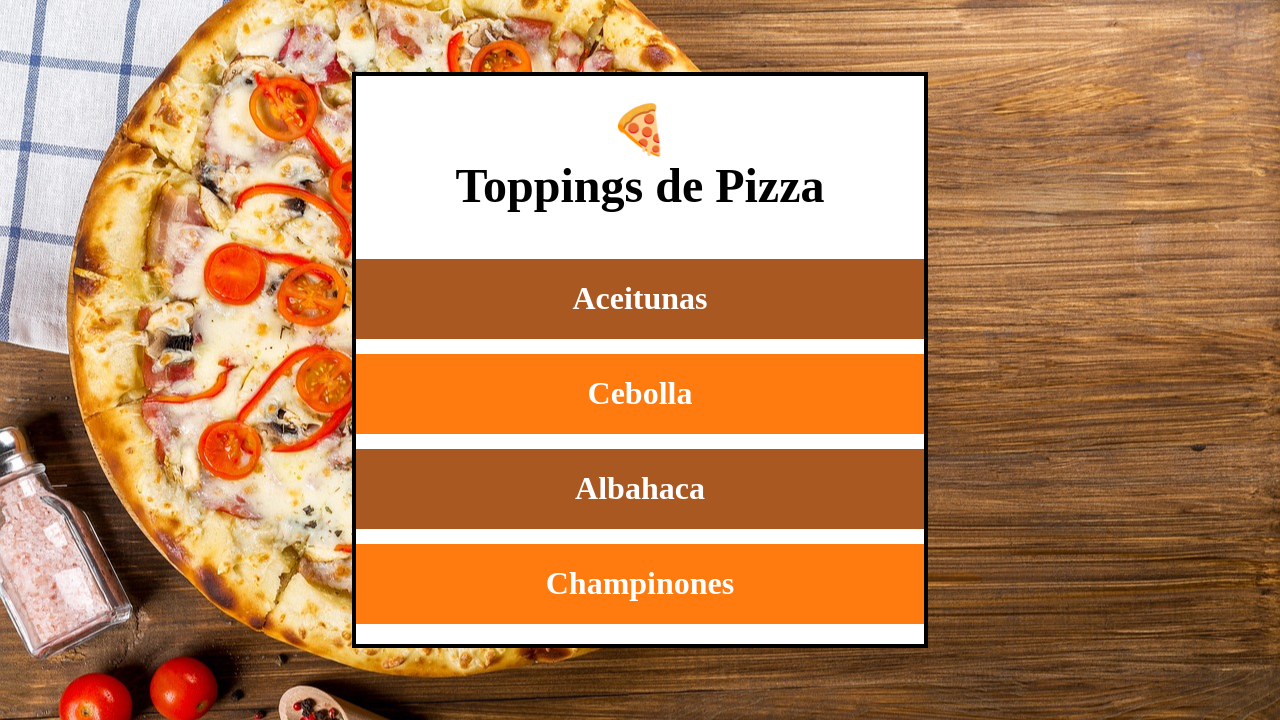
Repository: JoyMoGas/javascript-learn
Page: toppings-de-pizza/index.html
The author's editor kept a copy of each file at every save. The page is drawn from the files as they stood at one save, then again after the next save.
The browser window is 1280 px wide. The pictures show the whole page.

Above is the page before, as saved 2024-05-08 22:33:10.

After the next save:
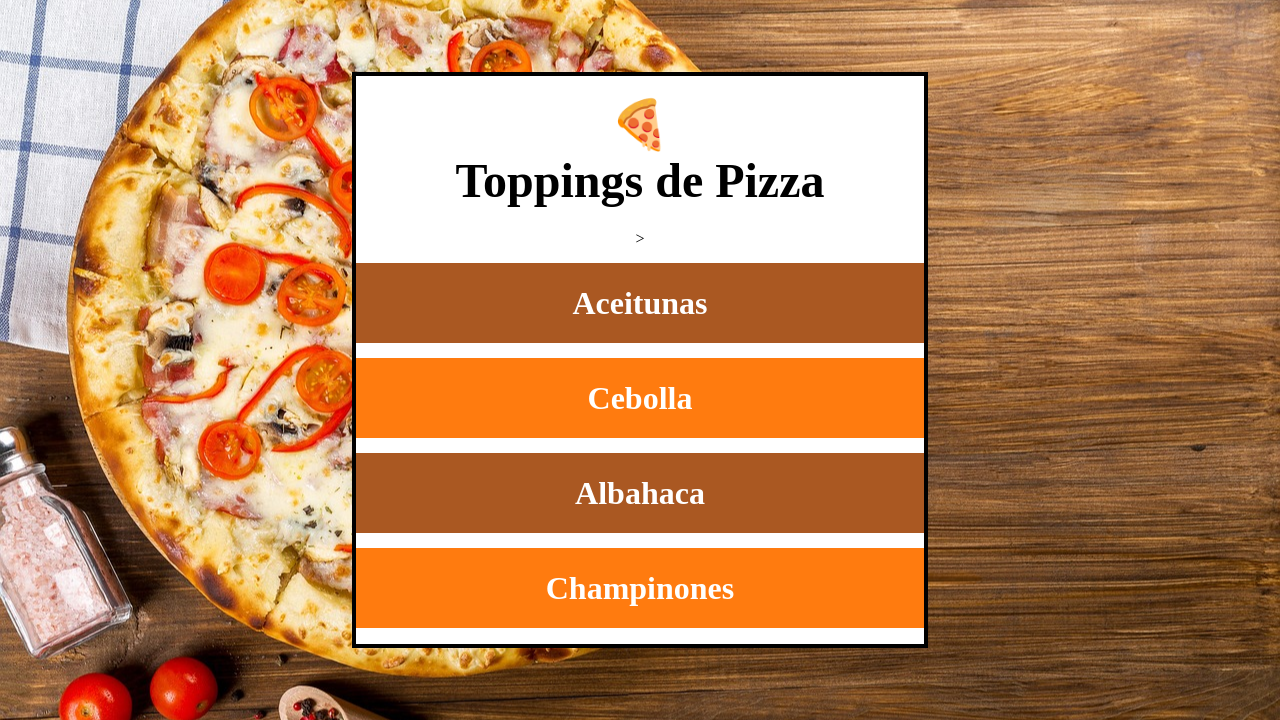
Saved 80 s later.
--- a/toppings-de-pizza/index.html
+++ b/toppings-de-pizza/index.html
@@ -10,10 +10,11 @@
     <div id="contenedor">
       <h1 id="titulo">🍕 <br> Toppings de Pizza</h1>
       <ul id="lista-toppings">
-        <li onclick="mostrarClic('Aceitunas')" class="topping fondo-marron" id="aceitunas">Aceitunas</li>
-        <li onclick="mostrarClic('Cebolla')" class="topping fondo-naranja">Cebolla</li>
-        <li onclick="mostrarClic('Albahaca')" class="topping fondo-marron" id="Albahaca">Albahaca</li>
-        <li onclick="mostrarClic('Champinones')" class="topping fondo-naranja">Champinones</li>
+        <!-- onclick="mostrarClic('Aceitunas')" -->>
+        <li class="topping fondo-marron" id="aceitunas">Aceitunas</li>
+        <li class="topping fondo-naranja">Cebolla</li>
+        <li class="topping fondo-marron" id="Albahaca">Albahaca</li>
+        <li class="topping fondo-naranja">Champinones</li>
       </ul>
     </div>
 
